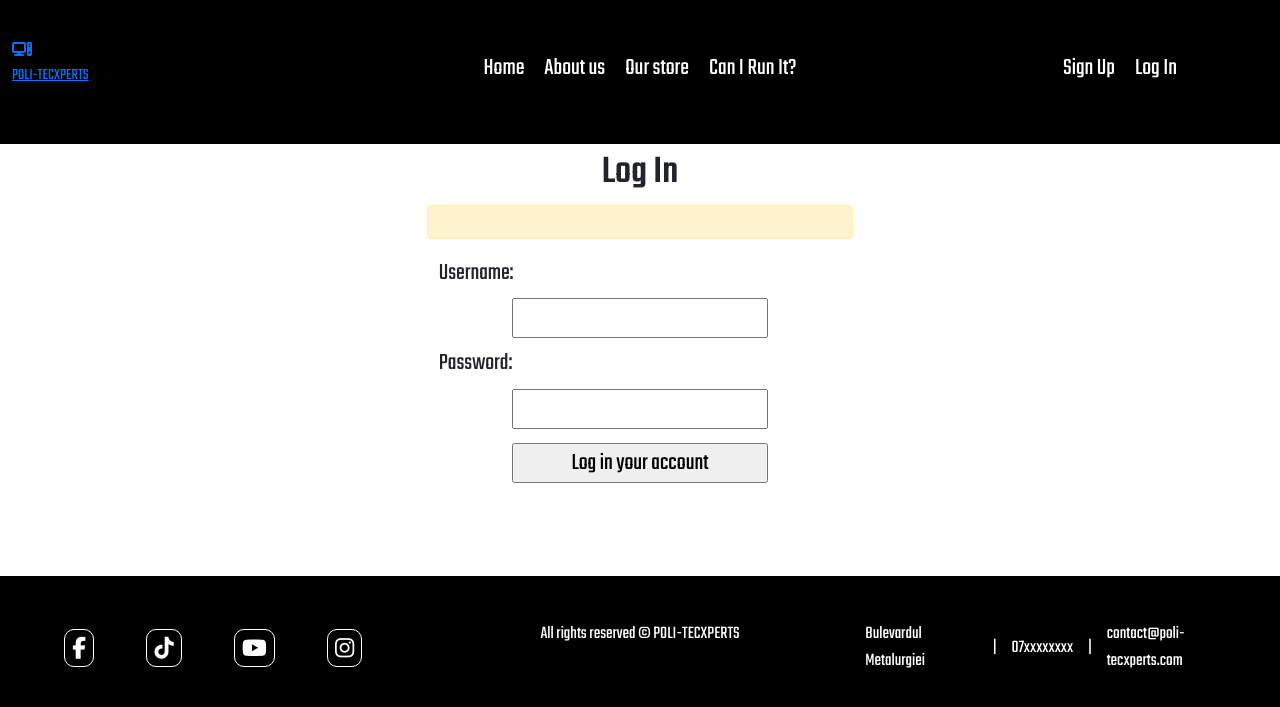
Repository: cristibtz/POLI_TECXPERTS
Page: login/login.html
These files come from the project's save history. The page is drawn as it stood at one moment and after the next save; the edit follows.
The browser window is 1280 px wide. The pictures show the whole page.

Above is the page before, as saved 2024-04-27 17:57:05.

After the next save:
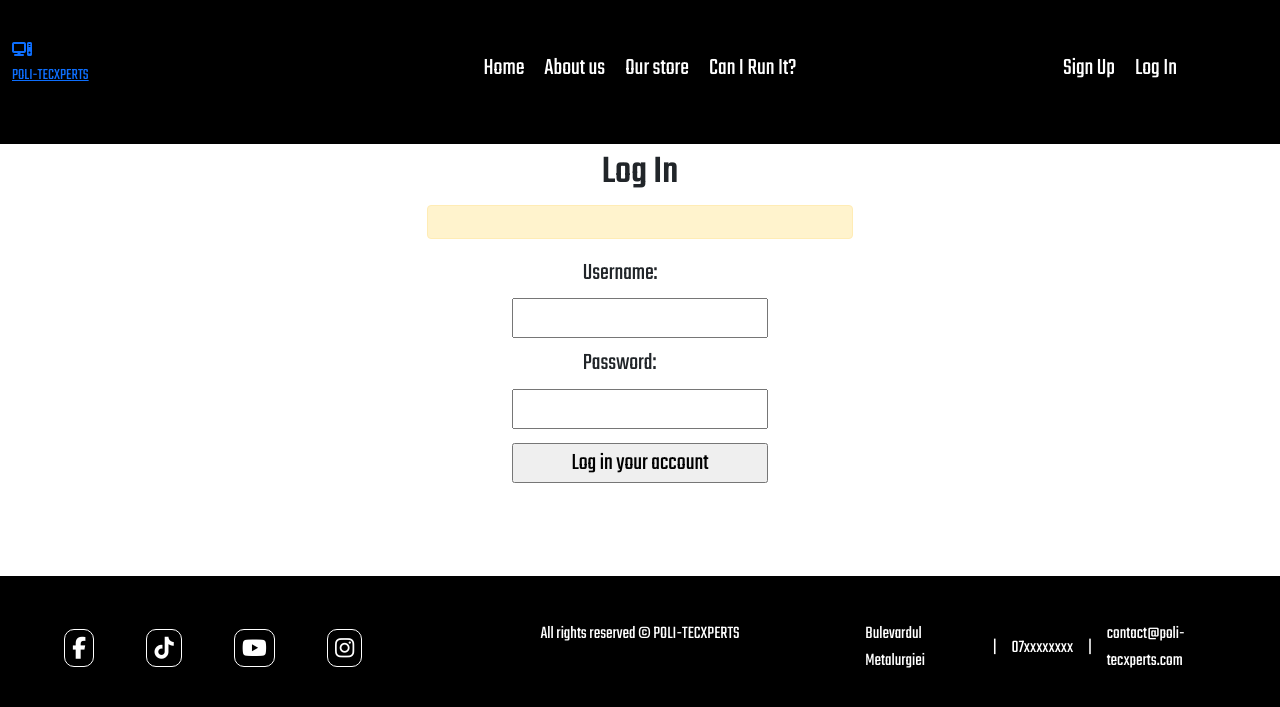
Saved 73 s later.
--- a/css/forms.css
+++ b/css/forms.css
@@ -7,4 +7,5 @@ form .row input {
 
 label {
     font-size: 24px;
+    margin-left: 20vh;
 }
